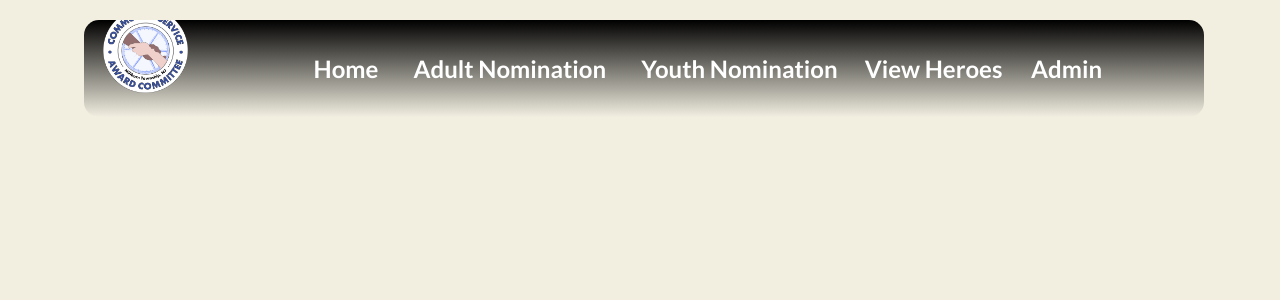
Repository: Centrattic/CSAC
Page: http://localhost/Frontend/error.php
An editor plug-in stored every save of this project. The page is shown before and after the next save, followed by the edit.
The browser window is 1280 px wide. The pictures show the whole page.
The page is run by PHP 8.4 with error messages shown; the project is at /var/www/html/.

Above is the page before, as saved 2020-12-30 17:43:33.

After the next save:
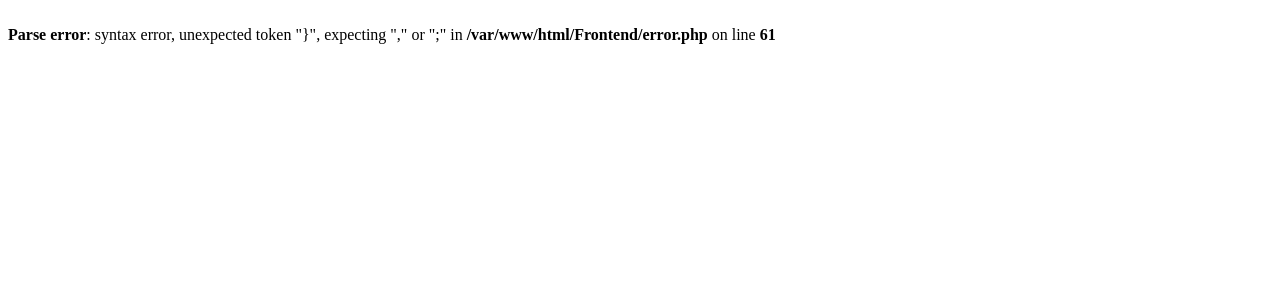
Saved 2 min 4 s later.
--- a/Frontend/error.php
+++ b/Frontend/error.php
@@ -9,6 +9,7 @@ session_start();
   <head>
     <link href="https://fonts.googleapis.com/css2?family=Lato:ital,wght@0,400;0,700;1,300;1,400&display=swap" rel="stylesheet">
     <link rel = "stylesheet" href = "../CSS/navbar.css">
+    <link rel="shortcut icon" type="image/png" href="../Images/CSAClogo.png"/>
     <title> Oh no! An error! </title>
     <link rel="shortcut icon" type="image/png" href="../Images/CSAClogo.png"/>
 
@@ -55,6 +56,8 @@ session_start();
                     echo('Your information could not be processed.');
                   } elseif ($_GET['error'] == "preparation_error") {
                     echo('Your information could not be prepared for databse entry.');
+                  } elseif ($_GET['error'] == 'no-javascript') {
+                    echo('You must enable Javascript in order to use this form. Please enable it!')
                   } else {
                     echo('What a confusing error!');
                   }
